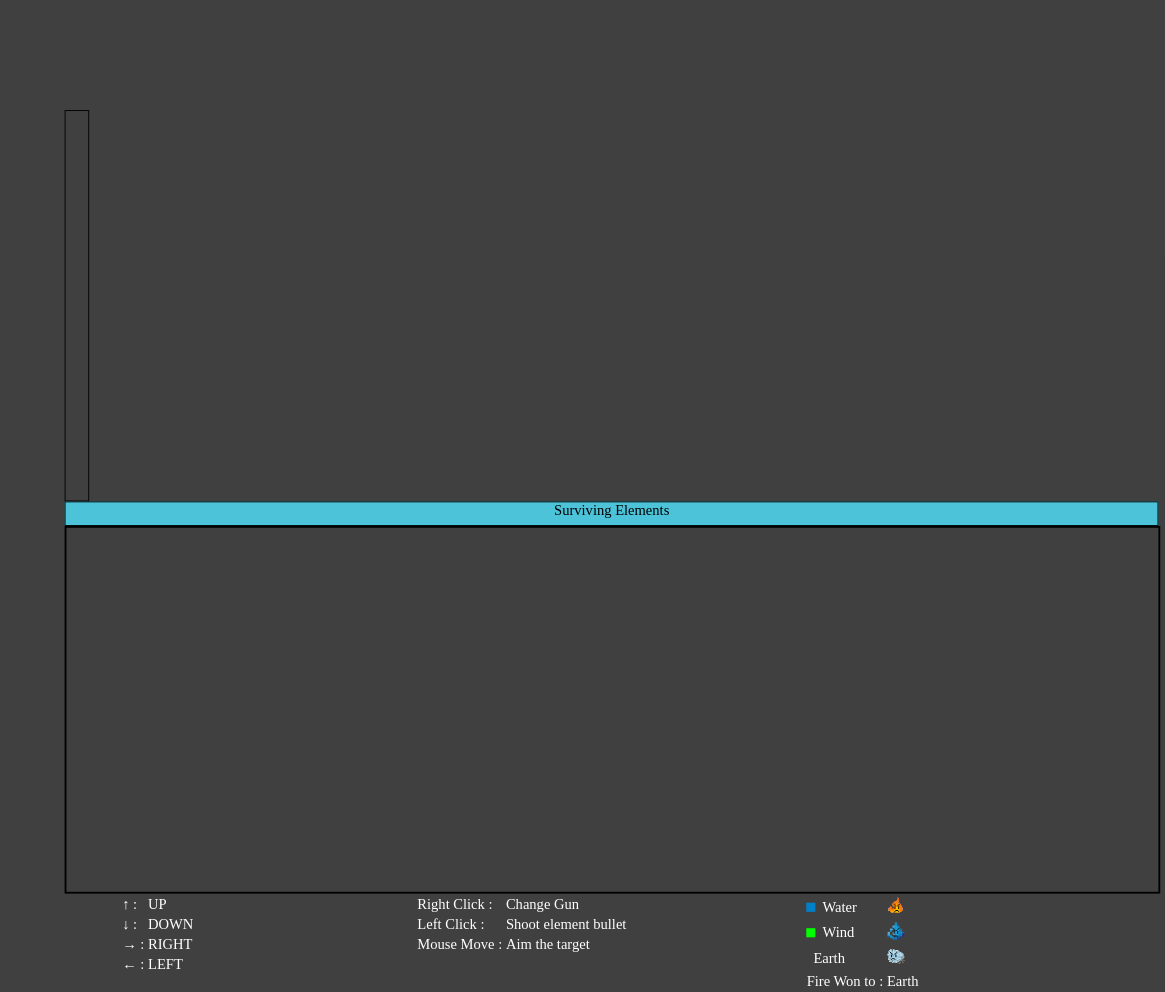
Repository: Pabloitto/Surviving-elements
Page: Surviving-Elements/index.html
The author's editor kept a record of every edit. The page is drawn from the files as they stood at one moment, then again after the next edit.
The browser window is 1280 px wide. The pictures show the whole page, at 91% of full size.

Above is the page before.
Console error: ReferenceError: Shape is not defined

### Surviving-Elements/index.html
<!DOCTYPE html>
<html>
<head>
  <meta charset="utf-8">
  <title>Surviving Elements</title>
  <link rel="stylesheet" type="text/css" href="css/styles.css">
</head>
<body>
  <div align="center"></div>
    <div id="divGame">
   		<div class="elements" style="height:100px;">
    		<div style="margin-left:46%;height:20px;width:100px;">
    		  <span id="current"></span><label id="nameElement" class="name"></label>
    		</div>
    		<div id="score"></div>
    		<div id="time"></div>
    		<div id="txtlevel"></div>
    		<div id="txtenemies"></div>
     	</div>
     	<div class="center">
       	<canvas id="progresscanvas" class="progresscanvas"></canvas>
  			<div class="top">Surviving Elements</div>
        <canvas id="canvas" class="maincanvas" style="border:2px solid #000000;"></canvas>
        <div class="controls center">
          <table style="float:left">
            <tr>
              <td>↑ : </td><td>UP</td>
            </tr>
            <tr>
              <td>↓ : </td><td>DOWN</td>
            </tr>
            <tr>
              <td>→ : </td><td>RIGHT</td>
            </tr>
            <tr>
              <td>← : </td><td>LEFT</td>
            </tr>
          </table>
          <table style="float:left;margin-left:25%;">
             <tr>
              <td>Right Click : </td><td>Change Gun</td>
            </tr>
            <tr>
              <td>Left Click : </td><td>Shoot element bullet</td>
            </tr>
            <tr>
              <td>Mouse Move : </td><td>Aim the target</td>
            </tr>
          </table>
            <table style="float:left;margin-left:20%;">
            <tr>
              <td>
                <span id="current" class="Water"></span>
                <label class="name">Water</label>
              </td>
              <td>
                <span class="spriteElements fire"></span>
              </td>
            </tr>
            <tr>
              <td>
                <span id="current" class="Wind"></span>
                <label class="name">Wind</label>
              </td>
              <td>
                <span class="spriteElements water"></span>
              </td>
            </tr>
            <tr>
              <td>
                <span id="current" class="Earth"></span>
                <label class="name">Earth</label>
              </td>
              <td>
                <span class="spriteElements wind"></span>
              </td>
            </tr>
            <tr>
              <td>Fire Won to : </td><td>Earth</td>
            </tr>
          </table>
        </div>
      </div>
    </div>
</body>
<script type="text/javascript" src="core/main.js"></script>
<script type="text/javascript" src="dom/domtools.js"></script>
<script type="text/javascript" src="collitions/collitionTools.js"></script>
<script type="text/javascript" src="core/utils/imagesfactory.js"></script>
<script type="text/javascript" src="core/utils/soundsfactory.js"></script>
<script type="text/javascript" src="listeners/keyevent.js"></script>
<script type="text/javascript" src="listeners/mouseevent.js"></script>
<script type="text/javascript" src="models/shape.js"></script>
<script type="text/javascript" src="models/progressbar.js"></script>
<script type="text/javascript" src="models/bg.js"></script>
<script type="text/javascript" src="models/particle.js"></script>
<script type="text/javascript" src="models/explosion.js"></script>
<script type="text/javascript" src="models/element.js"></script>
<script type="text/javascript" src="models/cursor.js"></script>
<script type="text/javascript" src="models/bullet.js"></script>
<script type="text/javascript" src="models/energybar.js"></script>
<script type="text/javascript" src="models/hero.js"></script>
<script type="text/javascript" src="models/enemy.js"></script>
<script type="text/javascript" src="core/game.js"></script>
<script type="text/javascript" src="painters/herodrawable.js"></script>
<script type="text/javascript" src="painters/explosiondrawable.js"></script>
<script type="text/javascript" src="painters/bulletdrawable.js"></script>
<script type="text/javascript" src="painters/energybardrawable.js"></script>
<script type="text/javascript" src="painters/enemydrawable.js"></script>
<script type="text/javascript" src="painters/backgrounddrawable.js"></script>
<script type="text/javascript" src="painters/progressbardrawable.js"></script>
</html>

### Surviving-Elements/css/styles.css
canvas {cursor: none;}
body{
	background-color:#404040;
}
.Water{
	background-color: #0180CA;
	height:10px;
	width:10px;
}
.Ground{
	background-color: #655619;
	height:10px;
	width:10px;
}
.Wind{
	background-color: #00FF00;
	height:10px;
	width:10px;
}
.Fire{
	background-color: #CA0F01;
	height:10px;
	width:10px;
}
.fire { display: inline-block;width: 20px; height: 20px; background-position: 0px 0px; }
.rock { display: inline-block;width: 20px; height: 20px; background-position: -20px 0px; }
.water { display: inline-block;width: 20px; height: 20px; background-position: -40px 0px; }
.wind { display: inline-block;width: 20px; height: 20px; background-position: -60px 0px; }
.center{
	margin-top:1%;
	margin-left:5%;
}
.elements{
	text-align: center;
}
.maincanvas{
	float:left;
	width:1200px;
	height:400px;
}
.progresscanvas{
	border:solid 1px;
	float:left;
	width:25px;
	height:428px;
}
.top{
	border:solid 1px;
	background-color:#4CC3D9;
	text-align: center;
	float:left;
	width:1200px;
	height:25px;
}
.elements > div{
	color:white;
}
.controls{
	width:80%;
	color:white;
}
#current{
	display: inline-block;
}
.name{
	padding-left:4%;
}
.spriteElements {
	background-image: url('../resources/img/sprite_elements.png');
	background-color: transparent; background-repeat: no-repeat;
	height:20px;
}
#elementRules tr td{
	width:100px;
}

### Surviving-Elements/core/main.js
window.$ = {};
$.es = '';
$.elements= ['Water','Ground','Fire','Wind'];
$.PI2 = Math.PI * 2;
window.onload = function(){
    $.Game();
};

### Surviving-Elements/collitions/collitionTools.js
$.intersect = function(a,b){
    return (Math.abs(a.x - b.x) < (a.width + b.width) / 2) &&
        	(Math.abs(a.y - b.y) < (a.height + b.height) / 2);
};
$.intersectWithArray = function(o,elements){
    var r = 0;
	for (var i = 0; i < elements.length; i++) {
		if($.intersect(o,elements[i])){
			r = {e : elements[i] , i : i};
			break;
		}
	}
	return r;
};

### Surviving-Elements/core/utils/soundsfactory.js
$.SoundsFactory=(function(){
    var path = 'resources/sounds/',
        ext = '.wav',
        loaded = {};

    function play(name,loop){
        var audio = null;
        if(!loaded[name + ext]){
            audio = new Audio(path + name + ext);
            loaded[name + ext] = audio;
        }else{
            audio = loaded[name + ext];
        }
        if(loop){
            audio.loop = true;
        }
        audio.play();
    }
    function stop(name){
        var audio = loaded[name + ext];
        if(audio){
            audio.pause();
            audio.currentTime = 0;
        }
    }
    return {
        play : play,
        stop : stop
    }
}())

### Surviving-Elements/listeners/keyevent.js
$.KEY_CODES = {
        UP : 38,
        DOWN : 40,
        LEFT: 37,
        RIGHT:39,
        R : 114,
        r : 82
};
$.KeyEventListener=function(o){
    var keys = [];

    function init(){
        bindEvents();
    }

    function bindEvents(){
        o.element.addEventListener('keyup',onKeyUp,false);
        o.element.addEventListener('keydown',onKeyDown,false);
    }

    function onKeyDown(e){
		keys[e.keyCode] = 1;
		if(e.keyCode === $.KEY_CODES.r || e.keyCode === $.KEY_CODES.R){
		    o.keyPress();
		}
	}
	function onKeyUp(e){
		keys[e.keyCode] = 0;
	}
    function getKeys(){
        return keys;
    }

    init();

    return {
        getKeys : getKeys
    };
};

### Surviving-Elements/listeners/mouseevent.js
MouseEventListener=function(o){
    function init(){
        bindEvents();
    }

    function bindEvents(){
        o.element.addEventListener('mousemove',onMouseMove,false);
        o.element.addEventListener('mousedown',onMouseClick,false);
        o.element.addEventListener('contextmenu',onOpenContext,false);
    }
    function onMouseMove(e){
		var x = getFixedX(e),
			y = getFixedY(e);
		o.onMouseMove(x,y);
	}
    function onMouseClick(e){
		var x = getFixedX(e),
			y = getFixedY(e);
		o.onClick(x,y,e.button);
	}
	function onOpenContext(event){
        event.preventDefault();
    }
	function getFixedX(e){
		return e.clientX - o.element.offsetLeft;
	}
	function getFixedY(e){
		return e.clientY - o.element.offsetTop;
	}
    init();
};

### Surviving-Elements/models/shape.js
$.Shape = (function () {
	function Shape() {}
	Shape.prototype.speed = 1;
	Shape.prototype.x = 10;
	Shape.prototype.y = 10;
	Shape.prototype.width = 32;
	Shape.prototype.height = 32;
	Shape.prototype.vy = 0;
	Shape.prototype.vx = 0;
	Shape.prototype.id = '';
	Shape.prototype.calculateAngle = function(xTarget , yTarget){
		return Math.atan2(yTarget - this.y, xTarget - this.x) * 180 / Math.PI;
	}
	Shape.prototype.calculateDirection = function(vectors){
		var angle = this.calculateAngle(vectors.target.x,vectors.target.y),
			radians = angle * Math.PI/ 180;
		this.vx = Math.cos(radians) * this.speed;
	    this.vy = Math.sin(radians) * this.speed;
	}
	Shape.prototype.generateId=function(){
		var result='', i, j;
		for(j=0; j<32; j++) {
			if( j == 8 || j == 12|| j == 16|| j == 20){
		    	result = result + '-';
		    }
			i = Math.floor(Math.random()*16).toString(16).toUpperCase();
		    result = result + i;
		}
		return result;
	}
	return Shape;
})();

### Surviving-Elements/models/bg.js
Bg= (function(shape){
	function Bg(w,h){
		this.x = 0;
		this.y = 0;
		this.width = w;
		this.height = h;
		this.spd = 1;
	}
	Bg.prototype = Object.create(shape.prototype);
	Bg.prototype.move = function(k){
		if (k[38]) {
			if(this.y > 0){
				this.y -= this.spd;
			}
	    }
	    if (k[40]) {
	    	if(this.y < this.height){
				this.y += this.spd;
			}
	    }
	    if (k[39]) {
	    	if(this.x < this.width){
				this.x += this.spd;
			}
	    }
	    if (k[37]) {
	    	if(this.x > 0){
				this.x -= this.spd;
			}
	    }
	}
	Bg.prototype.getImage = function(){
		return ImageFactory.getImg('bg');
	}
	return Bg;
})(Shape);

### Surviving-Elements/models/particle.js
$.Particle= (function(shape){
	var moveBy = 10;
	function Particle(cX,cY){
		this.x = cX;
		this.y = cY;
		this.radius = 1.0;
		this.vx = (-this.radius * (moveBy / 2)) + Math.random() * moveBy;
		this.vy = Math.random() * moveBy;
	}
	Particle.prototype = Object.create(shape.prototype);
	Particle.prototype.move = function(){
		this.x += this.vx;
		this.y += this.vy;
		this.radius = Math.max(this.radius - 0.05, 0.0);
	}
	return Particle;
})($.Shape);

### Surviving-Elements/models/explosion.js
$.Explosion = (function(shape){
	function Explosion(){
		this.x = 0;
		this.y = 0;
		this.particles = [];
		this.length = 40;
		this.isExploting = 0;
	}
	Explosion.prototype.explote = function(){
		if(this.isExploting){
			for(var k = 0; k < this.length; k++) {
				this.particles.push(new $.Particle(this.x,this.y));
			}
		}
	};
	Explosion.prototype.create = function(x,y,color){
		this.x = x;
		this.y = y;
		this.color = color;
		this.isExploting = 1;
	};
	return Explosion;
})($.Shape);

### Surviving-Elements/models/element.js
$.Element = function(){
	return {
		getRandomElement : function(){
			var	r = Math.floor(Math.random()*($.elements.length)),
				e = $.elements[r];
			return this.types[e];
		},
		types : {
			Water : {
				name : 'Water',
				color : '#0180CA',
				sprite : $.Sprite.getSprite('sprite_elements',{x : 40 , y : 0})
			},
			Fire : {
				name : 'Fire',
				color : '#CA0F01',
				sprite : $.Sprite.getSprite('sprite_elements',{x : 0 , y : 0})
			},
			Ground : {
				name : 'Ground',
				color : '#655619',
				sprite : $.Sprite.getSprite('sprite_elements',{x : 20 , y : 0})
			},
			Wind :{
				name : 'Wind',
				color : '#00FF00',
				sprite : $.Sprite.getSprite('sprite_elements',{x : 60 , y : 0})
			}
		},
		getWinner:function(e1,e2){
			return {
				'Water' : e2.element.name === 'Fire' ? e1 : null,
				'Fire' : e2.element.name === 'Ground' ? e1 : null,
				'Ground' : e2.element.name === 'Wind' ? e1 : null,
				'Wind' : e2.element.name === 'Water' ? e1 : null
			}[e1.element.name];
		},
		compare:function(e1 , e2){
			if(e1.element.name === e2.element.name){
				return 0;
			}
			switch (e1.element.name) {
				case 'Fire':
					return e2.element.name === 'Ground' ? 1 : -1;
				case 'Water':
					return e2.element.name === 'Fire' ? 1 : -1;
				case 'Ground':
					return e2.element.name === 'Wind' ? 1 : -1;
				case 'Wind':
					return e2.element.name === 'Water' ? 1 : -1;
			}
		}
	}
};

### Surviving-Elements/models/cursor.js
$.Cursor = (function (shape) {
	function Cursor() {
		this.color = '#614126';
	}
	Cursor.prototype = Object.create(shape.prototype);
	Cursor.prototype.move = function(e){
		this.x = e.x;
		this.y = e.y;
	};
	Cursor.prototype.getImage = function(){
		return $.ImageFactory.getImg('pointer');
	};
	return Cursor;
})($.Shape);

### Surviving-Elements/models/bullet.js
$.Bullet = (function (shape) {
	var vectors = null;
	function Bullet(v) {
		vectors = v;
		this.speed = 50;
		this.x = vectors.origin.x;
		this.y = vectors.origin.y;
		this.size = 3;
		this.element = $.es;
		this.color = this.element.color;
		this.calculateDirection(vectors);
	}
	Bullet.prototype = Object.create(shape.prototype);
	Bullet.prototype.move = function(){
		this.x += this.vx;
		this.y += this.vy;
	};
	return Bullet;

})($.Shape);

### Surviving-Elements/models/energybar.js
$.EnergyBar = (function (shape) {
	function EnergyBar(model) {
		this.x = model.x;
		this.y = model.y - (this.height * 4);
		this.width = (model.health) * 10;
		this.height = 5;
		this.strokeColor = "black";
		this.fillColor = "red";
	}
	EnergyBar.prototype = Object.create(shape.prototype);
	EnergyBar.prototype.move = function(model){
		this.x = model.x;
		this.y = model.y - (this.height * 4);
	};
	return EnergyBar;
})($.Shape);

### Surviving-Elements/models/hero.js
$.Hero = (function (shape) {
	function Hero(pX , pY) {
		this.x = pX / 2;
		this.y = pY / 2;
		this.health = 5;
		this.bullets = [];
		this.spd = 5;
		this.angle = 0;
		this.frame = 1;
		this.underFire = 0;
		this.cH=pY;
		this.cW=pX;
		this.energybar = new $.EnergyBar(this);
	}
	Hero.prototype = Object.create(shape.prototype);
	Hero.prototype.shot = function(e){
		this.frame = 0;
		var bullet = new $.Bullet({
			origin : {x : this.x + (this.width / 2) , y : this.y + (this.height / 2)},
			target : {x : e.x , y : e.y}
		});
		if(this.bullets.length === 0){
			this.underFire = 1;
			this.bullets.push(bullet);
		}
	};
	Hero.prototype.getImage = function(){
		return $.ImageFactory.getImg('sprites');
	};
	Hero.prototype.move = function(k,cb){
		if (k[$.KEY_CODES.UP]) {
			if((this.y - this.height / 2) > 0){
				this.y -= this.spd;
				if(!this.underFire){
					this.updateFrame();
				}
			}
	    }
	    if (k[$.KEY_CODES.DOWN]) {
	    	if(this.y < (this.cH - this.height / 2)){
				this.y += this.spd;
				if(!this.underFire){
					this.updateFrame();
				}
	    	}
	    }
	    if (k[$.KEY_CODES.RIGHT]) {
	    	if(this.x < (this.cW - this.width / 2)){
				this.x += this.spd;
				if(!this.underFire){
					this.updateFrame();
				}
	    	}
	    }
	    if (k[$.KEY_CODES.LEFT]) {
	    	if((this.x - this.width / 2) > 0){
				this.x -= this.spd;
				if(!this.underFire){
					this.updateFrame();
				}
	    	}
	    }
	    if(!k[$.KEY_CODES.UP] && !k[$.KEY_CODES.DOWN]&& !k[$.KEY_CODES.LEFT] && !k[$.KEY_CODES.RIGHT]){
	    	if(!this.underFire){
	    		this.frame = 1;
	    	}
	    }else{
	    	cb(k);
	    }
	    this.energybar.move(this);
	};
	Hero.prototype.isAlive = function(){
		return this.health > 0;
	};
	Hero.prototype.updateFrame = function(){
		this.frame = this.frame <= 2 ? this.frame + 1 : 1;
	}
	return Hero;
})($.Shape);

### Surviving-Elements/models/enemy.js
$.Enemy = (function(shape){
	function Enemy(v){
		this.vectors = v;
		this.x = this.vectors.origin.x;
		this.y = this.vectors.origin.y;
		this.element = new $.Element().getRandomElement();
		this.sprite = this.element.sprite;
		this.color = this.element.color;
		this.health = 0;
		this.speed = 1;
		this.maxHealth = 5;
		this.calculateDirection(this.vectors);
		this.id = this.generateId();
		this.isInCollision = 0;
		this.energybar = new $.EnergyBar(this);
		this.width = 20;
		this.height = 20;
	}
	Enemy.prototype = Object.create(shape.prototype);
	Enemy.prototype.move = function(oposite){
		if(this.isInCollision && oposite){
			this.vx = -this.vx;
			this.vy = -this.vy;
		}
		this.x += this.vx;
		this.y += this.vy;
		this.energybar.move(this);
	}
	Enemy.prototype.hurt = function(){
		this.health-=1;
	}
	Enemy.prototype.powerup = function(e){
		this.speed += 0.1;
		if(this.health < this.maxHealth){
			this.health += 1;
		}
	}
	Enemy.prototype.isAlive = function(){
		return this.health > 0;
	}
	return Enemy;
})($.Shape);

### Surviving-Elements/painters/herodrawable.js
$.HeroDrawable = function(h){
    var hero;
    function init(){
        hero = h;
    }
    function draw(ctx){
        var sprite = hero.getSprite();
		ctx.save();
		ctx.clearRect(0, 0, hero.cW, hero.cW);
		ctx.translate(hero.x, hero.y);
		ctx.rotate(hero.angle * Math.PI/180);
		ctx.drawImage(sprite.image,
		        sprite.pos.x,
				sprite.pos.y,
				hero.width,
           		hero.height,
				-(hero.width/2),
				-(hero.height/2),
				hero.width,
           		hero.height);
		ctx.restore();
    }
    init();
    return {
        draw: draw
    }
};

### Surviving-Elements/painters/energybardrawable.js
$.EnergyBarDrawable = function(b){
    var bar;
    function init(){
        bar = b;
    }
    function draw(ctx,life){
        ctx.beginPath();
        ctx.strokeStyle = bar.strokeColor;
        ctx.rect(bar.x,bar.y,bar.width,bar.height);
        ctx.stroke();
        ctx.closePath();

        ctx.beginPath();
        ctx.fillStyle = bar.fillColor;
        ctx.fillRect(bar.x,bar.y,(life || 1) * 10 ,bar.height);
        ctx.closePath();
    }
    init();
    return {
        draw: draw
    }
};

### Surviving-Elements/painters/enemydrawable.js
$.EnemyDrawable = function(e){
    var enemy;
    function init(){
        enemy = e;
    }
    function draw(ctx){
        ctx.drawImage(enemy.sprite.image,
				enemy.sprite.pos.x,
				enemy.sprite.pos.y,
				enemy.width,
           		enemy.height,
				enemy.x,
				enemy.y,
				enemy.width,
           		enemy.height);
    }
    init();
    return {
        draw: draw
    }
};

### Surviving-Elements/painters/backgrounddrawable.js
$.BgDrawable = function(bg){
    var background;
    function init(){
        background = bg;
    }
    function draw(ctxBg,cW,cH){
       var img = background.getImage(),w=0,h =0;
	    for (; w<cW; w += background.width) {
	        for (;h<cH; h += background.height) {
	            ctxBg.drawImage(img, (w + background.x) - background.width , h + background.y);
	        }
	    }
		for (w=0; w<cW;w+=background.width) {
	        for (h=0; h < cH; h += background.height) {
	            ctxBg.drawImage(img, w + background.x, h + background.y);
	        }
	    }
	    for (w=0;w < cW; w += background.width) {
	        for (h=0; h < cH; h += background.height) {
	            ctxBg.drawImage(img, w + background.x, (h + background.y) - background.height);
	        }
	    }

    }
    init();
    return {
        draw: draw
    }
};

### Surviving-Elements/painters/progressbardrawable.js
$.ProgressBarDrawable = function(p){
    var pb;
    function init(){
        pb = p;
    }
    function draw(ctx, totalEnemies , countEnemies){
        ctx.fillStyle="#F16745";
        ctx.fillRect(pb.x,pb.y,pb.width,pb.height);
        var partial = (countEnemies * pb.height) / totalEnemies;
        ctx.fillStyle="#7BC8A4";
        ctx.fillRect(pb.x ,pb.width / 2,pb.width,-partial);
    }
    init();
    return {
        draw: draw
    }
};

Loaded but not shown: Surviving-Elements/core/game.js (297 lines, source omitted); Surviving-Elements/core/utils/imagesfactory.js (no copy from this time; the picture is the same without it); Surviving-Elements/dom/domtools.js (no copy from this time; the picture is the same without it); Surviving-Elements/models/progressbar.js (no copy from this time; the picture is the same without it); Surviving-Elements/painters/bulletdrawable.js (no copy from this time; the picture is the same without it); Surviving-Elements/painters/explosiondrawable.js (no copy from this time; the picture is the same without it)

After the next edit:
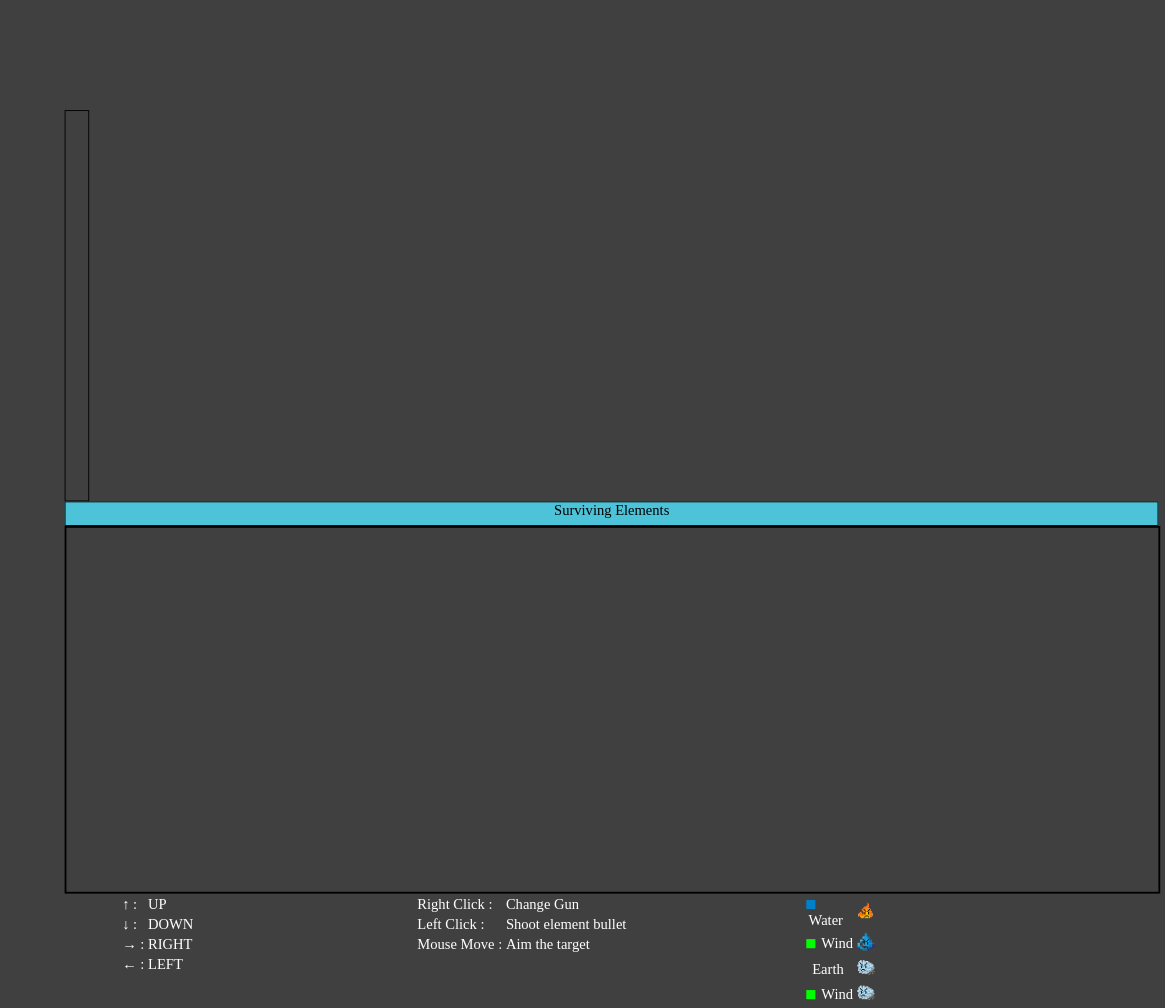
The edit:
--- a/Surviving-Elements/index.html
+++ b/Surviving-Elements/index.html
@@ -76,7 +76,13 @@
               </td>
             </tr>
             <tr>
-              <td>Fire Won to : </td><td>Earth</td>
+              <td>
+                <span id="current" class="Wind"></span>
+                <label class="name">Wind</label>
+              </td>
+              <td>
+                <span class="spriteElements wind"></span>
+              </td>
             </tr>
           </table>
         </div>
